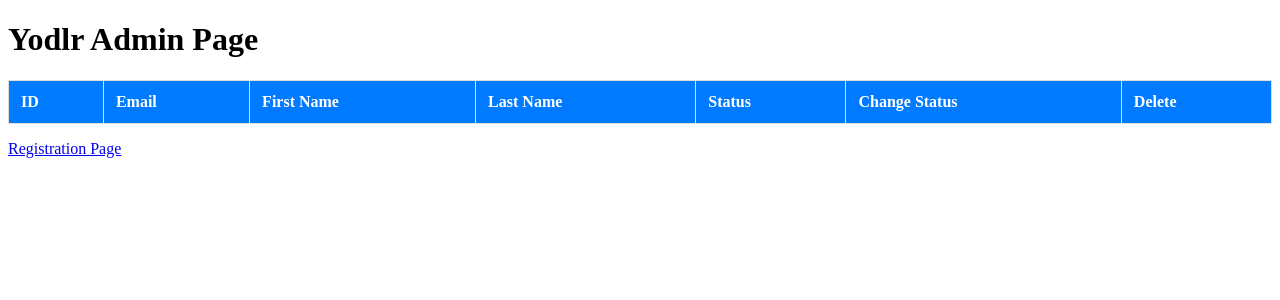
Repository: rmdayberry/yodlr-take-home
Page: public/admin.html
These files come from the project's save history. The page is drawn as it stood at one moment and after the next save; the edit follows.
The browser window is 1280 px wide. The pictures show the whole page.
The page's requests for data from a server got no answer.

Above is the page before, as saved 2024-10-08 20:42:35.
Console error: TypeError: Cannot read properties of undefined (reading 'message')

After the next save:
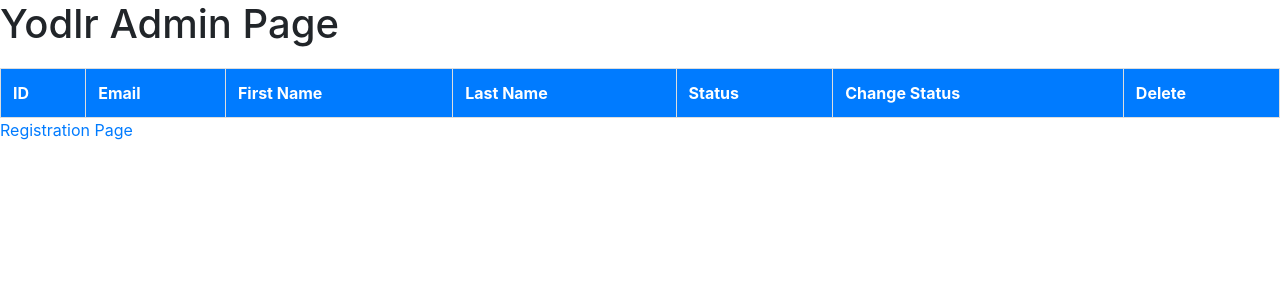
Saved 2 min 3 s later.
--- a/public/admin.html
+++ b/public/admin.html
@@ -3,6 +3,10 @@
   <head>
     <meta charset="utf-8" />
     <title>Yodlr Admin Page</title>
+    <link
+      rel="stylesheet"
+      href="https://stackpath.bootstrapcdn.com/bootstrap/4.5.2/css/bootstrap.min.css"
+    />
     <link rel="stylesheet" href="css/admin.css" />
     <script src="https://code.jquery.com/jquery-3.6.0.min.js"></script>
     <script>
